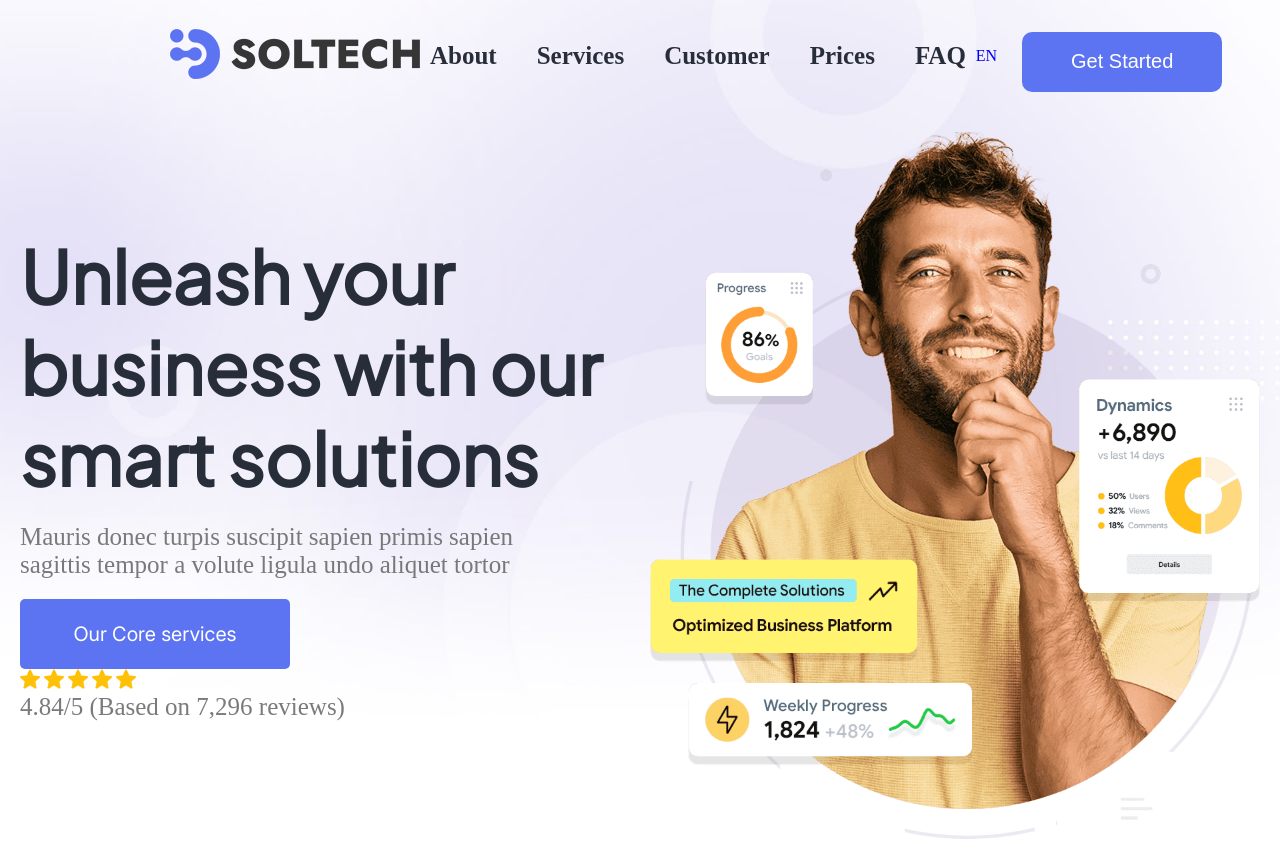
Repository: md-rabbi-hossain/Soltech-html
Page: index.html
These files come from the project's save history. The page is drawn as it stood at one moment and after the next save; the edit follows.
The browser window is 1280 px wide. The pictures show the whole page.

Above is the page before, as saved 2025-01-08 15:18:58.

### index.html
<!DOCTYPE html>
<html lang="en">
  <head>
    <meta charset="UTF-8" />
    <meta name="viewport" content="width=device-width, initial-scale=1.0" />
    <link rel="stylesheet" href="Css/style.css" />
    <title>Soltech</title>
  </head>
  <body>
    <header class="main-container">
      <div class="">
        <nav>
          <div class="logo">
            <img src="image/logo-1.png" alt="Logo" />
          </div>
          <ul class="menu">
            <li class="dropdown">
              <a href="#">About</a>
              <ul class="dropdown-menu">
                <li><a href="#">Our Team</a></li>
                <li><a href="#">Our Mission</a></li>
                <li><a href="#">History</a></li>
              </ul>
            </li>
            <li><a href="#">Services</a></li>
            <li><a href="#">Customer</a></li>
            <li><a href="#">Prices</a></li>
            <li><a href="#">FAQ</a></li>
          </ul>
          <div class="actions">
            <div class="dropdown">
              <li><a href="#">EN</a></li>
              <ul class="dropdown-menu">
                <li><a href="#">English</a></li>
                <li><a href="#">Spanish</a></li>
              </ul>
            </div>
            <button class="get-started">Get Started</button>
          </div>
        </nav>
        <!-- Navbar end here  -->
        <!-- hero start here  -->
        <div class="hero-parents container">
          <div class="left-side">
            <div class="content">
              <h1>Unleash your business with our smart solutions</h1>
              <p>
                Mauris donec turpis suscipit sapien primis sapien sagittis
                tempor a volute ligula undo aliquet tortor
              </p>
              <div>
                <button>Our Core services</button>
              </div>
              <div class="text">
                <div class="icon">
                  <img src="image/star.png" alt="" />
                  <img src="image/star.png" alt="" />
                  <img src="image/star.png" alt="" />
                  <img src="image/star.png" alt="" />
                  <img src="image/star.png" alt="" />
                </div>
                <p>4.84/5 (Based on 7,296 reviews)</p>
              </div>
            </div>
          </div>
          <div class="right">
            <img src="/image/hero-right.png" alt="" />
          </div>
        </div>
      </div>
    </header>
    <script src="/Js/Script.js"></script>
  </body>
</html>

### Css/style.css
* {
  margin: 0;
  padding: 0;
  box-sizing: border-box;
}
html {
  scroll-behavior: smooth;
}
@font-face {
  font-family: Inter;
  src: url("/Font/Inter_24pt-Regular.ttf") format("woff2");
  src: url("/Font/Inter_24pt-Regular.ttf") format("woff");
  src: url("/Font/Inter_24pt-Regular.ttf") format("truetype");
  font-weight: normal;
  font-style: normal;
}
@font-face {
  font-family: Jakarta;
  src: url("/Font/PlusJakartaSans-Regular.ttf") format("woff2");
  src: url("/Font/PlusJakartaSans-Regular.ttf") format("woff");
  src: url("/Font/PlusJakartaSans-Regular.ttf") format("truetype");
  font-weight: normal;
  font-style: normal;
}
li {
  list-style: none;
}
li a {
  text-decoration: none;
}
.main-container {
  max-width: 100%;
  height: 100vh;
  background-image: url("/image/hero-1.jpg");
  background-size: cover;
  background-repeat: no-repeat;
}
.container {
  max-width: 1400px;
  display: block;
  margin: 0 auto;
  padding: 25px;
}

nav {
  display: flex;
  justify-content: space-between;
  align-items: center;
  padding-left: 170px;
  padding-right: 150px;
  padding-top: 20px;
  padding-bottom: 20px;
  position: relative;
  transition: all 0.3s ease;
  z-index: 1000;
}

nav.sticky {
  background-color: rgba(253, 253, 254, 0.8);
  position: sticky;
  top: 0;
  padding-bottom: 20px;
  box-shadow: 0 4px 6px rgba(0, 0, 0, 0.1); /* Add a shadow effect for better visibility */
}
.logo img {
  max-height: 50px;
}
.menu {
  display: flex;
  list-style: none;
  gap: 20px;
}
.menu li {
  position: relative;
}
.menu a {
  text-decoration: none;
  font-size: 25px;
  color: #282d3a;
  font-weight: bold;
  padding: 5px 10px;
}
/* Dropdown Styles */
.dropdown:hover .dropdown-menu {
  display: block;
}
.dropdown-menu {
  display: none;
  position: absolute;
  background: #fff;
  box-shadow: 0 4px 6px rgba(0, 0, 0, 0.1);
  border-radius: 5px;
  margin-top: 10px;
  list-style: none;
  padding: 10px 0;
}
.dropdown-menu li {
  padding: 5px 20px;
}
.dropdown-menu li a {
  color: #282d3a;
}
.dropdown-menu li:hover {
  background: #f1f1f1;
}
.actions {
  display: flex;
  align-items: center;
  gap: 20px;
}
.get-started {
  background: #5d74f2;
  color: #fff;
  font-size: 20px;
  line-height: 28px;
  padding: 6px 22px 8px;
  margin: 12px 5px 0;
  border: none;
  border-radius: 10px;
  width: 200px;
  height: 60px;
  cursor: pointer;
  transition: 0.5s;
}
.get-started:hover {
  background: #f2f0fb;
  border: 1px solid black;
  color: #585f6e;
}

/* General Hero Section Styles */
.hero-parents {
  display: flex;
  justify-content: space-between;
  align-items: center;
  gap: 20px;
  padding: 20px;
}

.left-side {
  flex: 1;
}
.left-side h1 {
  font-size: 4.5rem;
  color: #282d3a;
  margin-bottom: 20px;
  font-family: Jakarta;
}
.left-side p {
  font-size: 25px;
  width: 500px;
  color: #5a5a5a; /* Subtle color for the paragraph text */
  margin-bottom: 20px;
  opacity: 0.8;
}

.left-side button {
  background: #5d74f2;
  color: white;
  font-size: 20px;
  padding: 10px 20px;
  border: none;
  border-radius: 5px;
  cursor: pointer;
  width: 270px;
  font-family: Inter;
  height: 70px;
}

.left-side button:hover {
  background: #4b62d8;
}
.icon img {
  width: 20px;
}

/* Right Side */
.right {
  flex: 1; /* Make the right side take up equal space as the left */
  display: flex;
  justify-content: center; /* Center the image horizontally */
  align-items: center; /* Center the image vertically */
}

.right img {
  max-width: 100%; /* Ensure the image doesn't exceed its container */
  height: auto; /* Maintain the aspect ratio */
  object-fit: contain;
}

### Js/Script.js
// JavaScript to add/remove the sticky class when scrolling
window.onscroll = function () {
  let navbar = document.querySelector("nav");
  if (window.pageYOffset > 0) {
    navbar.classList.add("sticky");
  } else {
    navbar.classList.remove("sticky");
  }
};

After the next save:
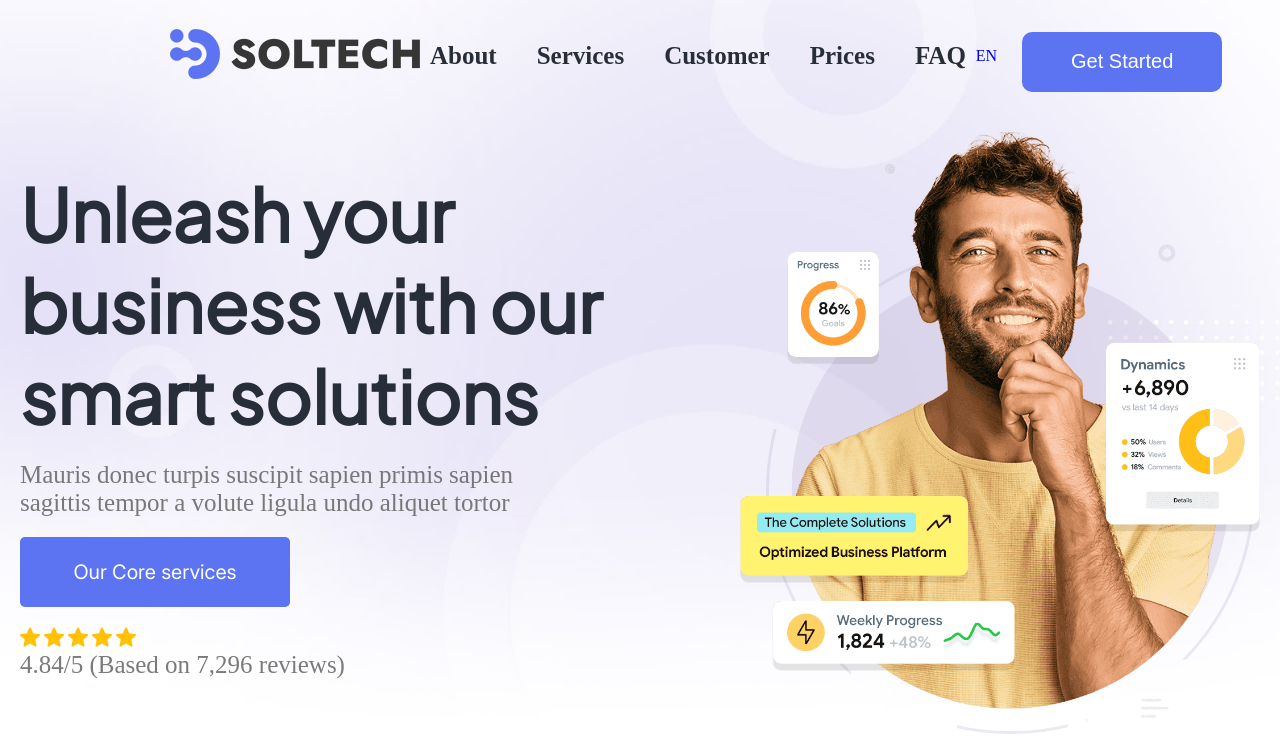
Saved 2 min 33 s later.
--- a/Css/style.css
+++ b/Css/style.css
@@ -173,6 +173,10 @@ nav.sticky {
 .icon img {
   width: 20px;
 }
+.text {
+  width: 700px;
+  padding-top: 20px;
+}
 
 /* Right Side */
 .right {
